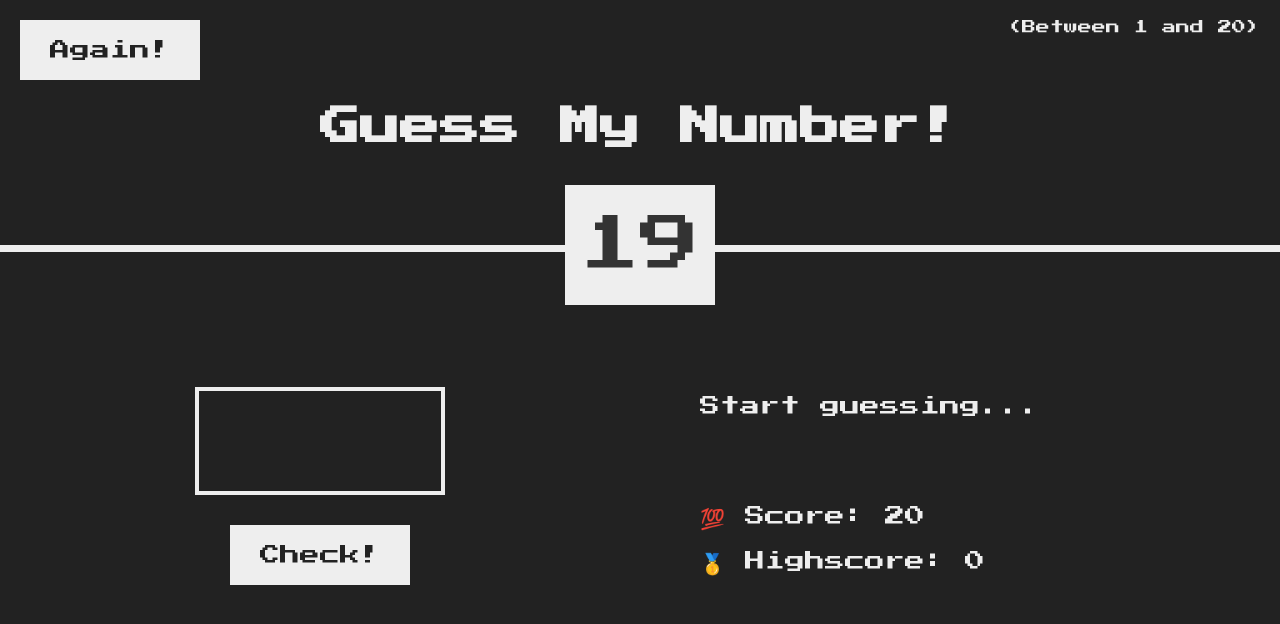
Repository: Wakkaba/mini-guess-game
Page: index.html
These files come from the project's save history. The page is drawn as it stood at one moment and after the next save; the edit follows.
The browser window is 1280 px wide. The pictures show the whole page.

Above is the page before, as saved 2023-10-12 14:11:49.

### index.html
<!DOCTYPE html>
<html lang="en">
  <head>
    <meta charset="UTF-8" />
    <meta name="viewport" content="width=device-width, initial-scale=1.0" />
    <meta http-equiv="X-UA-Compatible" content="ie=edge" />
    <link rel="stylesheet" href="style.css" />
    <title>Guess My Number!</title>
  </head>
  <body>
    <header>
      <h1>Guess My Number!</h1>
      <p class="between">(Between 1 and 20)</p>
      <button class="btn again">Again!</button>
      <div class="number">?</div>
    </header>
    <main>
      <section class="left">
        <input type="number" class="guess" />
        <button class="btn check">Check!</button>
      </section>
      <section class="right">
        <p class="message">Start guessing...</p>
        <p class="label-score">💯 Score: <span class="score">20</span></p>
        <p class="label-highscore">
          🥇 Highscore: <span class="highscore">0</span>
        </p>
      </section>
    </main>
    <script src="script.js"></script>
  </body>
</html>

### style.css
@import url('https://fonts.googleapis.com/css?family=Press+Start+2P&display=swap');

* {
  margin: 0;
  padding: 0;
  box-sizing: inherit;
}

html {
  font-size: 62.5%;
  box-sizing: border-box;
}

body {
  font-family: 'Press Start 2P', sans-serif;
  color: #eee;
  background-color: #222;
  /* background-color: #60b347; */
}

/* LAYOUT */
header {
  position: relative;
  height: 35vh;
  border-bottom: 7px solid #eee;
}

main {
  height: 65vh;
  color: #eee;
  display: flex;
  align-items: center;
  justify-content: space-around;
}

.left {
  width: 52rem;
  display: flex;
  flex-direction: column;
  align-items: center;
}

.right {
  width: 52rem;
  font-size: 2rem;
}

/* ELEMENTS STYLE */
h1 {
  font-size: 4rem;
  text-align: center;
  position: absolute;
  width: 100%;
  top: 52%;
  left: 50%;
  transform: translate(-50%, -50%);
}

.number {
  background: #eee;
  color: #333;
  font-size: 6rem;
  width: 15rem;
  padding: 3rem 0rem;
  text-align: center;
  position: absolute;
  bottom: 0;
  left: 50%;
  transform: translate(-50%, 50%);
}

.between {
  font-size: 1.4rem;
  position: absolute;
  top: 2rem;
  right: 2rem;
}

.again {
  position: absolute;
  top: 2rem;
  left: 2rem;
}

.guess {
  background: none;
  border: 4px solid #eee;
  font-family: inherit;
  color: inherit;
  font-size: 5rem;
  padding: 2.5rem;
  width: 25rem;
  text-align: center;
  display: block;
  margin-bottom: 3rem;
}

.btn {
  border: none;
  background-color: #eee;
  color: #222;
  font-size: 2rem;
  font-family: inherit;
  padding: 2rem 3rem;
  cursor: pointer;
}

.btn:hover {
  background-color: #ccc;
}

.message {
  margin-bottom: 8rem;
  height: 3rem;
}

.label-score {
  margin-bottom: 2rem;
}

### script.js
'use strict';

const secretNumber = Math.trunc(Math.random() * 20) + 1;

let score = document.querySelector('.score');

document.querySelector('.number').textContent = secretNumber;

document.querySelector('.check').addEventListener('click', function () {
  const guess = Number(document.querySelector('.guess').value);
  console.log(guess, typeof guess);

  if (!guess) {
    document.querySelector('.message').textContent = '⛔ No number!';
  } else if (guess === secretNumber) {
    document.querySelector('.message').textContent = '🎉 Correct number!';
  } else if (guess > secretNumber) {
    if (score > 1) {
      document.querySelector('.message').textContent = '📈 Too high!';
      score--;
      document.querySelector('.score').textContent = score;
    } else {
      document.querySelector('.message').textContent = '💥 You lost the game!';
      document.querySelector('.score').textContent = 0;
    }
  } else if (guess < secretNumber) {
    document.querySelector('.message').textContent = '📉 Too low!';
    score--;
    document.querySelector('.score').textContent = score;
  }
});

After the next save:
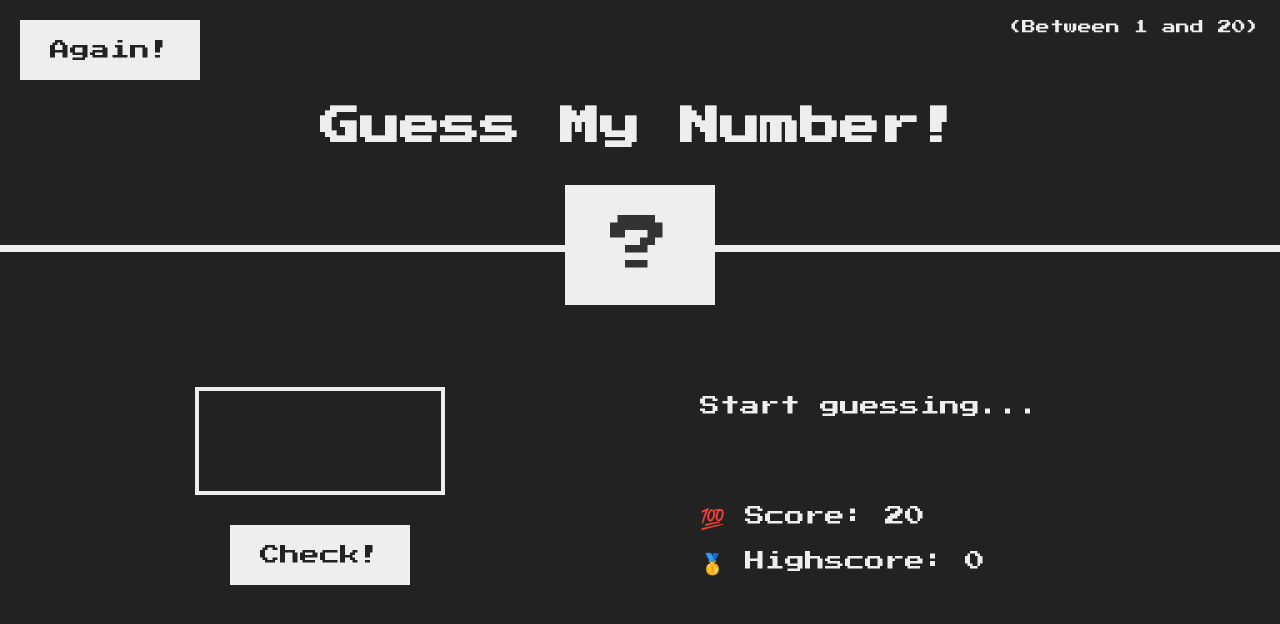
Saved 2 min 44 s later.
--- a/script.js
+++ b/script.js
@@ -1,31 +1,110 @@
 'use strict';
 
-const secretNumber = Math.trunc(Math.random() * 20) + 1;
+/*
+console.log(document.querySelector('.message').textContent);
+document.querySelector('.message').textContent = '🎉 Correct Number!';
 
-let score = document.querySelector('.score');
+document.querySelector('.number').textContent = 13;
+document.querySelector('.score').textContent = 10;
 
-document.querySelector('.number').textContent = secretNumber;
+document.querySelector('.guess').value = 23;
+console.log(document.querySelector('.guess').value);
+*/
+
+let secretNumber = Math.trunc(Math.random() * 20) + 1;
+let score = 20;
+let highscore = 0;
+
+const displayMessage = function (message) {
+  document.querySelector('.message').textContent = message;
+};
 
 document.querySelector('.check').addEventListener('click', function () {
   const guess = Number(document.querySelector('.guess').value);
   console.log(guess, typeof guess);
 
+  // When there is no input
   if (!guess) {
-    document.querySelector('.message').textContent = '⛔ No number!';
+    // document.querySelector('.message').textContent = '⛔️ No number!';
+    displayMessage('⛔️ No number!');
+
+    // When player wins
   } else if (guess === secretNumber) {
-    document.querySelector('.message').textContent = '🎉 Correct number!';
-  } else if (guess > secretNumber) {
+    // document.querySelector('.message').textContent = '🎉 Correct Number!';
+    displayMessage('🎉 Correct Number!');
+    document.querySelector('.number').textContent = secretNumber;
+
+    document.querySelector('body').style.backgroundColor = '#60b347';
+    document.querySelector('.number').style.width = '30rem';
+
+    if (score > highscore) {
+      highscore = score;
+      document.querySelector('.highscore').textContent = highscore;
+    }
+
+    // When guess is wrong
+  } else if (guess !== secretNumber) {
     if (score > 1) {
-      document.querySelector('.message').textContent = '📈 Too high!';
+      // document.querySelector('.message').textContent =
+      // guess > secretNumber ? '📈 Too high!' : '📉 Too low!';
+      displayMessage(guess > secretNumber ? '📈 Too high!' : '📉 Too low!');
       score--;
       document.querySelector('.score').textContent = score;
     } else {
-      document.querySelector('.message').textContent = '💥 You lost the game!';
+      // document.querySelector('.message').textContent = '💥 You lost the game!';
+      displayMessage('💥 You lost the game!');
       document.querySelector('.score').textContent = 0;
     }
-  } else if (guess < secretNumber) {
-    document.querySelector('.message').textContent = '📉 Too low!';
-    score--;
-    document.querySelector('.score').textContent = score;
   }
+
+  //   // When guess is too high
+  // } else if (guess > secretNumber) {
+  //   if (score > 1) {
+  //     document.querySelector('.message').textContent = '📈 Too high!';
+  //     score--;
+  //     document.querySelector('.score').textContent = score;
+  //   } else {
+  //     document.querySelector('.message').textContent = '💥 You lost the game!';
+  //     document.querySelector('.score').textContent = 0;
+  //   }
+
+  //   // When guess is too low
+  // } else if (guess < secretNumber) {
+  //   if (score > 1) {
+  //     document.querySelector('.message').textContent = '📉 Too low!';
+  //     score--;
+  //     document.querySelector('.score').textContent = score;
+  //   } else {
+  //     document.querySelector('.message').textContent = '💥 You lost the game!';
+  //     document.querySelector('.score').textContent = 0;
+  //   }
+  // }
 });
+
+document.querySelector('.again').addEventListener('click', function () {
+  score = 20;
+  secretNumber = Math.trunc(Math.random() * 20) + 1;
+
+  // document.querySelector('.message').textContent = 'Start guessing...';
+  displayMessage('Start guessing...');
+  document.querySelector('.score').textContent = score;
+  document.querySelector('.number').textContent = '?';
+  document.querySelector('.guess').value = '';
+
+  document.querySelector('body').style.backgroundColor = '#222';
+  document.querySelector('.number').style.width = '15rem';
+});
+
+///////////////////////////////////////
+// Coding Challenge #1
+
+/*
+Implement a game rest functionality, so that the player can make a new guess! Here is how:
+
+1. Select the element with the 'again' class and attach a click event handler
+2. In the handler function, restore initial values of the score and secretNumber variables
+3. Restore the initial conditions of the message, number, score and guess input field
+4. Also restore the original background color (#222) and number width (15rem)
+
+GOOD LUCK 😀
+*/
